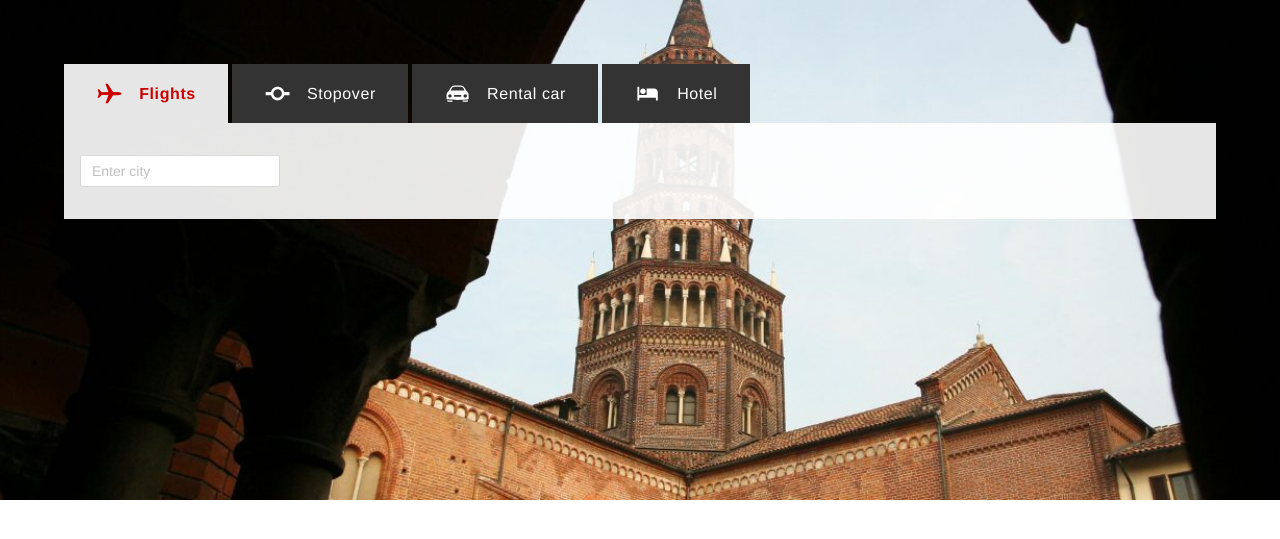
Repository: guidogr95/Everymundo-Excercise
Page: /
An editor plug-in stored every save of this project. The page is shown before and after the next save, followed by the edit.
The browser window is 1280 px wide. The pictures show the whole page.
The project was rebuilt for these pictures with package versions that can differ from the ones it lists, and the page was loaded fresh each time.

Above is the page before, as saved 2021-07-01 00:44:34.

After the next save:
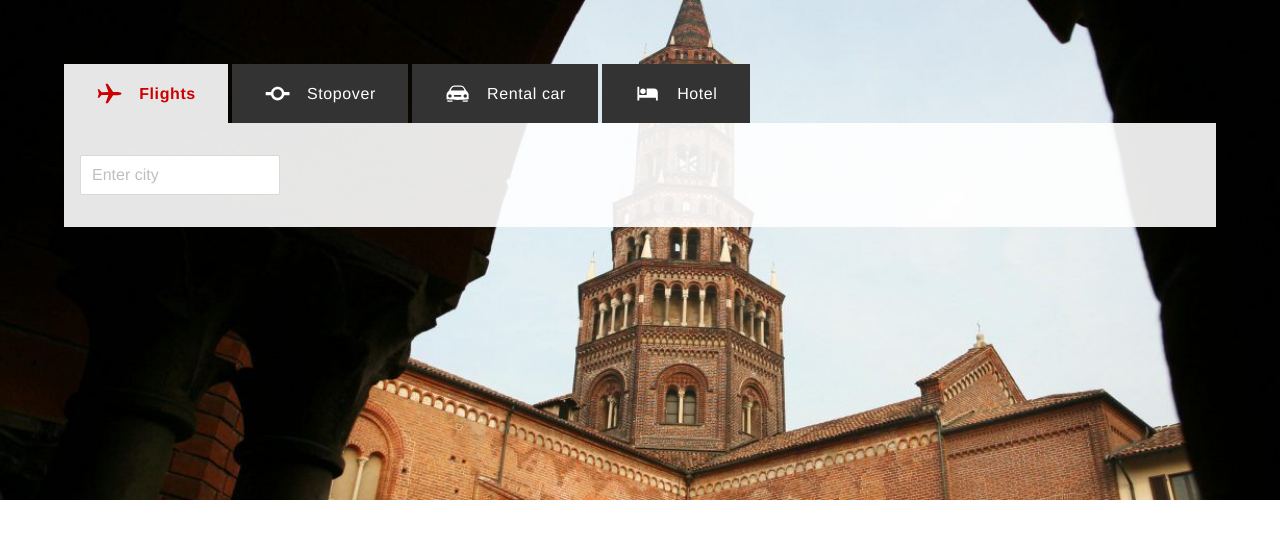
Saved 46 s later.
--- a/src/components/BookingMask/FlightsTab/AirportInput/index.jsx
+++ b/src/components/BookingMask/FlightsTab/AirportInput/index.jsx
@@ -32,6 +32,7 @@ const AirportInput = ({ placeholder }) => {
         placeholder={'Enter city'}
         value={term || undefined}
         onSearch={handleSelect}
+        size='large'
         onChange={handleSelect}
         defaultActiveFirstOption={false}
         showArrow={false}
